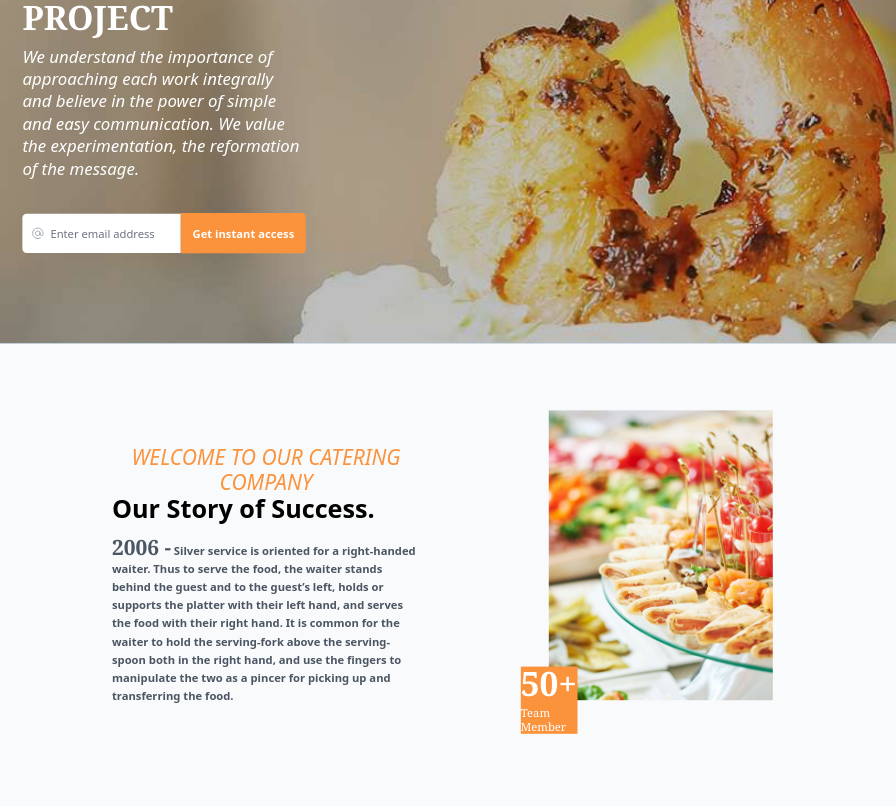
Repository: remydev47/Catering
Page: /
The author's editor kept a copy of each file at every save. The page is drawn from the files as they stood at one save, then again after the next save.
The browser window is 1280 px wide. The pictures show the part of the page from y = 2046 to 3966 px (the page is 3198 px tall before and 3966 px after), at 70% of full size.
Pictures or frames that could not be fetched are drawn as grey boxes. The project was rebuilt for these pictures with package versions that can differ from the ones it lists, and the page was loaded fresh each time. The framework's server and built-in components were replaced by stand-ins that run in the browser. Also part of the build but not shown: next.config.js.

Above is the page before, as saved 2022-12-09 13:57:01.

### pages/_app.tsx
import '../styles/globals.css'
import type { AppProps } from 'next/app'
import Navbar from '../components/Navbar'

export default function App({ Component, pageProps }: AppProps) {
  return (
   <>
     <Navbar />
     <Component {...pageProps} />
   </>
  )
}

### pages/index.tsx
import Head from 'next/head'
import CTA from '../components/CTA'
import Hero from '../components/Hero'
import Menu from '../components/Menu'
import Aboutus from '../components/Aboutus'

export default function Home() {
  return (
    <div className=''>
      <Head>
        <title>Nellys</title>
        <meta name="description" content="Generated by create next app" />
        <link rel="icon" href="/favicon.ico" />
      </Head>
       <Hero />
       <Menu />
       <CTA />
       <Aboutus />
    </div>
  )
}

### components/Navbar.tsx
import React from 'react'
import { navLinks } from '../constants'
import Menupopover from './Menupopover';
import Logo from './Logo';
import { Button } from './Button';

const Navbar = () => {
  return (
    <header className="fixed inset-x-0 bg-[#fff] z-20 flex justify-between items-center py-2 px-2 shadow-lg dark:bg-slate-900 sm:py-3 sm:px-8">
            <div className='flex grow-0 basis-1/3 md:hidden'>
                <Menupopover />
            </div>

             <div className='flex grow-0 ml-2 justify-center md:justify-start'>
                <Logo />

            </div>


            <ul className="list-none sm:flex hidden justify-end items-center flex-1">
            {navLinks.map((nav, index) => (
                <li
                key={nav.id}
                className={`font-bold cursor-pointer text-[16px] hover:text-orange-400
                   ${index === navLinks.length - 1 ? 'mr-0' : 'mr-10'}
                  text-gray-500 font-serif `}
                >
                    <a>{nav.title}</a>
                </li>
            ))}
           </ul>



        </header>
  )
}

export default Navbar

### components/CTA.tsx
import React from 'react'

const CTA = () => {
  return (
    <section className="mt-4 relative py-10 overflow-hidden bg-blue-400 sm:py-16 lg:py-24 xl:py-32">
      <div className="absolute inset-0">
        <img className="object-cover w-full h-full md:object-left md:scale-150 md:origin-top-left" src="/images/cta.jpg" alt="" />
     </div>
    <div className="relative px-4 mx-auto sm:px-6 lg:px-8 max-w-7xl">
       <div className="text-center md:w-2/3 lg:w-1/2 xl:w-1/3 md:text-left">
           <h2 className="text-3xl font-bold leading-tight text-white font-serif sm:text-4xl lg:text-5xl">BOOK A FREE TASTING SESSION <br/> or DISCUSS A PROJECT</h2>
           <p className="mt-4 text-2xl italic text-white">
             We understand the importance of approaching each work integrally and believe in the power of simple and easy communication. We value the experimentation, the reformation of the message.
           </p>

           <form action="#" method="POST" className="mt-8 lg:mt-12">
               <div className="flex flex-col items-center sm:flex-row sm:justify-center">
                   <div className="flex-1 w-full min-w-0 px-4 sm:px-0">
                       <div className="relative text-gray-400 focus-within:text-gray-600">
                           <label htmlFor="email" className="sr-only"></label>
                           <label htmlFor="email" className="sr-only"></label>
                           <div className="absolute inset-y-0 left-0 flex items-center pl-3 pointer-events-none">
                               <svg className="w-5 h-5" xmlns="http://www.w3.org/2000/svg" fill="none" viewBox="0 0 24 24" stroke="currentColor">
                                   <path stroke-linecap="round" stroke-linejoin="round" stroke-width="1.5" d="M16 12a4 4 0 10-8 0 4 4 0 008 0zm0 0v1.5a2.5 2.5 0 005 0V12a9 9 0 10-9 9m4.5-1.206a8.959 8.959 0 01-4.5 1.207" />
                               </svg>
                           </div>
                           <input
                               type="email"
                               name="email"
                               id="email"
                               placeholder="Enter email address"
                               className="block w-full py-4 pl-10 pr-4 text-base text-black placeholder-gray-500 transition-all duration-200 border-gray-200 rounded-md sm:rounded-r-none caret-orange-400 focus:border-orange-400 focus:ring-1 focus:ring-blue-600"
                               required
                           />

                       </div>
                   </div>

                   <button type="submit" className="inline-flex items-center justify-center flex-shrink-0 w-auto px-4 py-4 mt-4 font-semibold text-white transition-all duration-200 bg-orange-400 border border-transparent rounded-md sm:mt-0 sm:rounded-l-none sm:w-auto hover:bg-blue-700 focus:bg-blue-700">
                       Get instant access
                   </button>
               </div>
           </form>
       </div>
    </div>
    </section>
  )
}

export default CTA

### components/Hero.tsx
import React from 'react'

const Hero = () => {
  return (
    <section className='relative pt-48 pb-12 xl:pt-60 sm:pb-16 lg:pb-32 xl:pb-48 2xl:pb-56'>
    <div className="absolute inset-0">
     <img className="object-cover w-full h-full" src="/images/hero.jpg" alt="" />
    </div>
   <div className='relative'>
    <div className="px-6 mx-auto sm:px-8 lg:px-12 max-w-7xl">
      <div className="w-full lg:w-2/3 xl:w-1/2">
        <h1 className="font-serif text-xl font-bold tracking-tight text-white text-opacity-70 text-center">Proffesional Catering Services</h1>
        <p className="mt-6 tracking-tighter text-[#000]">
          <span className="font-sans font-bold text-5xl">The Perfect Blend</span><br />
          <span className="font-serif italic font-BOLD text-6xl">of Sensational Food</span>
        </p>
        <p className="mt-8 font-serif text-xl font-normal text-[#000]">
         Our professional and experienced Catering staff does the job right the first time are Carefully selected Give them a deep.
        </p>
      </div>
    </div>
   </div>
  </section>
  )
}

export default Hero

### components/Menu.tsx
import React from 'react'

const Menu = () => {

  return (
    <section className='py-10 bg-white sm:py-16 lg:py-24'>

      <div  className="px-4 mx-auto max-w-7xl sm:px-6 lg:px-8">
        <div className="max-w-2xl mx-auto text-center">
          <h1 className="text-4xl font-serif font-semibold leading-tight text-gray-400">
            WELCOME TO THE <br/> BEST CATERING SERVICES
          </h1>
        </div>
        <div className="relative mt-12 lg:mt-20">

          <div className="relative grid grid-cols-1 text-center gap-y-12 md:grid-cols-3 gap-x-12">
            <div>
              <div className="flex items-center justify-center w-60 h-60 mx-auto rounded-full border-2 border-gray-200 ">
                <span className="text-xl font-semibold text-gray-700">
                    <img src='/images/menu1.jpg' className='h-full w-full rounded-full' />
                </span>
             </div>
             <h3 className="mt-6 text-2xl italic leading-tight text-gray-500 md:mt-10">Canapes</h3>
            </div>


            <div>
              <div className="flex items-center justify-center w-60 h-60 mx-auto rounded-full border-2 border-gray-200">
                <span className="text-xl font-semibold text-gray-700">
                    <img src='/images/menu2.jpg' className='h-full w-full rounded-full' />
                </span>
             </div>
             <h3 className="mt-6 text-2xl italic leading-tight text-gray-500 md:mt-10">CockTails</h3>
            </div>

            <div>
              <div className="flex items-center justify-center w-60 h-60 mx-auto rounded-full border-2 border-gray-200 ">
                <span className="text-xl font-semibold text-gray-700">
                    <img src='/images/menu3.jpg' className='h-full w-full rounded-full' />
                </span>
             </div>
             <h3 className="mt-6 text-2xl italic leading-tight text-gray-500 md:mt-10">Sweets & CapCakes</h3>
            </div>

            <div>
              <div className="flex items-center justify-center w-60 h-60 mx-auto rounded-full border-2 border-gray-200 ">
                <span className="text-xl font-semibold text-gray-700">
                    <img src='/images/menu4.jpg' className='h-full w-full rounded-full' />
                </span>
             </div>
             <h3 className="mt-6 text-2xl italic leading-tight text-gray-500 md:mt-10">Drinks</h3>
            </div>
          </div>

        </div>

      </div>

    </section>
  )
}

export default Menu

### components/Aboutus.tsx
import React from 'react'

const Aboutus = () => {
  return (
    <section className="py-6 bg-gray-50 sm:py-16 lg:py-24">
    <div className="max-w-5xl px-4 mx-auto sm:px-6 lg:px-8">
        <div className="grid items-center grid-cols-1 gap-y-6 md:grid-cols-2 md:gap-x-20">
            <div className="">
                <h1 className='text-3xl italic text-orange-400 text-center'>WELCOME TO OUR CATERING COMPANY</h1>
                <h2 className="text-4xl font-bold leading-tight text-black sm:text-4xl lg:text-4xl">Our Story of Success.</h2>
                <p className="mt-4 text-base leading-relaxed text-gray-600 font-semibold">
                <span className='text-3xl font-serif'>2006 -</span> Silver service is oriented for a right-handed waiter. Thus to serve the food, the waiter stands behind the guest and to the guest’s left, holds or supports the platter with their left hand, and serves the food with their right hand. It is common for the waiter to hold the serving-fork above the serving-spoon both in the right hand, and use the fingers to manipulate the two as a pincer for picking up and transferring the food.
                </p>
            </div>

            <div className=" pl-20 pr-6 sm:pl-6 md:px-0">
                <div className="relative w-full max-w-xs mt-4 mb-10 ml-auto">
                 <img className="relative -top-4 -left-4" src="/images/service-3.jpg" alt="" />



                    <div className="absolute -bottom-10 -left-16 m-2 bg-orange-400">
                        <span className="block text-4xl font-bold text-white font-serif lg:text-5xl"> 50+ </span>
                        <span className="block mt-2 text-base leading-tight text-white font-serif"> Team<br />Member</span>
                    </div>
                </div>
            </div>
        </div>
    </div>
</section>
  )
}

export default Aboutus

### constants/index.ts
export const navLinks =[
    {
        id:"aboutus",
        title:"About Us",
    },
    {
        id:"store",
        title:"Store",
    },
    {
        id:"gallery",
        title:"Gallery",
    },
    {
        id:"appointments",
        title:"Appointment",
    },
    {
        id:"blog",
        title:"Blog",
    },
    {
        id:"contacts",
        title:"Contacts",
    }
]

### components/Menupopover.tsx
import React, { useState, Fragment } from 'react'
import { Transition, Dialog } from '@headlessui/react'
import { navLinks } from '../constants'
import Logo from './Logo'
import { IconButton } from './Button'

const Menupopover = () => {
  const [isOpen, setIsOpen] = useState(false)

  return (
    <div>
    <IconButton
      variant='ghost'
      aria-label='menu'
      onClick={() => setIsOpen(!isOpen)}
    >
      <svg className='h-6 w-6 ' fill='none' stroke='currentColor'>
        <path
          strokeLinecap='round'
          strokeLinejoin='round'
          strokeWidth={2}
          d='M4 6h16M4 12h16M4 18h16'
        />
      </svg>
    </IconButton>
    <Transition
      show={isOpen}
      appear
      as={Fragment}
      enter='transform transition ease-in-out duration-300'
      enterFrom='-translate-x-full'
      enterTo='translate-x-0'
      leave='transform transition ease-in-out duration-300 delay-200'
      leaveFrom='translate-x-0'
      leaveTo='-translate-x-full'
     >
     <Dialog
       as='div'
       className={`fixed inset-0 z-50`}
       onClose={setIsOpen}
       open={isOpen}
       >
       <Transition.Child
         as={Fragment}
         enter='ease-out duration-300 delay-300'
         enterFrom='opacity-0'
         enterTo='opacity-100'
         leave='ease-in duration-200'
         leaveFrom='opacity-100'
         leaveTo='opacity-0'
       >

        <Dialog.Overlay
          className={`fixed inset-0 bg-black/20 backdrop-blur-sm dark:bg-gray-900/80`}
         />
      </Transition.Child>
       <div className={styles.dialogcontainer}>
        <a className='mx-auto mt-4 flex w-[140px] '>
          <Logo />
        </a>
        <ul
            className={styles.navWrapper2}
         >
            {navLinks.map((nav, index) => (
                <li
                 key={nav.id}
                 className={` font-bold cursor-pointer text-[16px]
                  mt-2 border-t border-slate-200 py-4 dark:border-slate-600
                  ${index === navLinks.length - 1 ? 'mr-0' : 'mb-4'}
                  text-black font-serif `}
                >
                 <a href={`#${nav.id}`}>
                    {nav.title}
                 </a>
                </li>
             ))}
         </ul>

        <IconButton
          variant='ghost'
          aria-label='close menu'
          className='absolute top-5 right-5'
          onClick={() => setIsOpen(false)}
        >
          <svg
            viewBox='0 0 10 10'
            className='h-2.5 w-2.5 overflow-visible'
            aria-hidden='true'
          >
            <path
                d='M0 0L10 10M10 0L0 10'
                fill='none'
                stroke='currentColor'
                strokeWidth='2'
                strokeLinecap='round'
              />
          </svg>
        </IconButton>
       </div>
     </Dialog>
    </Transition>
  </div>
  )
}

export default Menupopover;

const styles ={
  dialogcontainer:`fixed top-0 bottom-0 left-0 w-full max-w-xs rounded-r-xl bg-[#fff] p-6 shadow-lg dark:bg-gray-800`,
  menuitems:`group relative flex h-9 items-center oveflow-hidden rounded-md hover:bg-slate-200/50`,
  navWrapper2:`list-none flex flex-col justify-end items-center flex-1`,
}

### components/Logo.tsx
import React from 'react'
import Image from 'next/image'

const Logo = () => {
  return (
    <div>
        <Image
          src='/images/logo.png'
          alt='royal-events'
          height={80}
          width={150}
        />
    </div>
  )
}

export default Logo

### components/Button.tsx
import React, { forwardRef } from "react";
//import { __DEV__ } from "../../utils/assertions";

type BaseButtonProps = Omit<React.HTMLProps<HTMLButtonElement>, "size">;

/* === Button Element === */

export interface ButtonProps extends BaseButtonProps {
  children: React.ReactNode;
  fullWidth?: boolean;
  className?: string;
  variant?: "solid" | "outline" | "ghost";
  size?: "sm" | "md" | "lg";
  as?: string;
  isExternal?: boolean;
  type?: "button" | "submit" | "reset";
}

export const Button = forwardRef<HTMLButtonElement, ButtonProps>(
  (
    {
      children,
      variant = "solid",
      size = "md",
      fullWidth = false,
      className,
      as = "button",
      isExternal = false,
      ...rest
    },
    ref
  ) => {
    let tempClassNames: string[] = [];

    const sharedClasses = [
      "capitalize",
      "focus:outline-none",
      "focus:ring-2",
      "focus:ring-indigo-400",
      "focus:ring-offset-2",
      "focus:ring-offset-indigo-50",
      "font-semibold",
      "rounded-full",
      "inline-flex",
      "flex-shrink-0",
      "items-center",
      "justify-center",
      "transition-colors",
      "ease-in-out",
      "duration-500",
    ];

    if (fullWidth) sharedClasses.push("w-full");

    // handle variants
    let btnSolid = ["bg-indigo-600", "hover:bg-indigo-700", "text-white"];
    let btnOutline = [
      "dark:text-white",
      "hover:text-indigo-700",
      "hover:dark:text-indigo-700",
      "bg-transparent",
      "hover:bg-indigo-50",
      "border",
      "border-indigo-600",
    ];
    let btnGhost = [
      "bg-transparent",
      "dark:text-white",
      "hover:bg-indigo-50",
      "hover:text-indigo-700",
      "hover:dark:text-indigo-700",
    ];

    if (variant === "solid") {
      tempClassNames = [...sharedClasses, ...btnSolid];
    } else if (variant === "outline") {
      tempClassNames = [...sharedClasses, ...btnOutline];
    } else if (variant === "ghost") {
      tempClassNames = [...sharedClasses, ...btnGhost];
    }

    // handle sizes
    let sizeSm = ["h-8", "px-2", "text-sm"];
    let sizeMd = ["h-10", "px-3"];
    let sizeLg = ["h-12", "px-4", "text-lg"];

    if (size === "sm") {
      tempClassNames = [...tempClassNames, ...sizeSm];
    } else if (size === "md") {
      tempClassNames = [...tempClassNames, ...sizeMd];
    } else if (size === "lg") {
      tempClassNames = [...tempClassNames, ...sizeLg];
    }

    let classes = tempClassNames.join(" ");

    let Element = as ? (
      React.createElement(
        as,
        {
          className: `${classes} ${className}`,
          target: isExternal ? "_blank" : undefined,
          rel: isExternal ? "noopener noreferrer" : undefined,
          ref,
          ...rest,
        },
        children
      )
    ) : (
      <button {...rest} className={`${classes} ${className}`} ref={ref}>
        {children}
      </button>
    );

    return Element;
  }
);

// if (__DEV__) {
//   Button.displayName = "Button";
// }

/* === IconButton Element === */

export interface IconButtonProps extends ButtonProps {
  icon?: React.ReactElement;
  "aria-label": string;
}

export const IconButton = forwardRef<HTMLButtonElement, IconButtonProps>(
  (
    {
      children,
      icon,
      className,
      "aria-label": ariaLabel,
      size = "md",
      ...rest
    },
    ref
  ) => {
    let sharedClasses = ["rounded-full", "!px-0"];

    // handle sizes
    let sizeSm = ["w-8"];
    let sizeMd = ["w-10"];
    let sizeLg = ["w-12"];

    if (size === "sm") {
      sharedClasses = [...sharedClasses, ...sizeSm];
    } else if (size === "md") {
      sharedClasses = [...sharedClasses, ...sizeMd];
    } else if (size === "lg") {
      sharedClasses = [...sharedClasses, ...sizeLg];
    }

    /**
     * Passing the icon as prop or children should work
     */
    const element = icon || children;
    const _children = React.isValidElement(element)
      ? React.cloneElement(element as any, {
          "aria-hidden": true,
          focusable: false,
        })
      : null;

    let classes = sharedClasses.join(" ");
    return (
      <Button
        className={`${classes} ${className}`}
        aria-label={ariaLabel}
        size={size}
        {...rest}
        ref={ref}
      >
        {_children}
      </Button>
    );
  }
)

### components/Services.tsx
import React from 'react'

const Services = () => {
  return (
    <section className="pt-12 bg-gradient-to-b from-gray-50 via-white to-gray-50">
    <div className="px-4 mx-auto sm:px-6 lg:px-8 max-w-7xl">
        <div className="grid max-w-md grid-cols-1 mx-auto lg:grid-cols-12 gap-x-6 gap-y-8 lg:max-w-none">
            <div className="self-center lg:col-span-4">
                <h1 className="text-base font-bold text-gray-900 sm:text-4xl xl:text-5xl">Our Services</h1>
                <p className="mt-5 text-4xl font-serif leading-7  text-gray-500 ">PLANNING A <br/> FABULOUS EVENT ?</p>
                <div className="relative inline-flex mt-9 group">
                    <div className="absolute transitiona-all duration-1000 opacity-70 inset-0 bg-gradient-to-r from-[#44BCFF] via-[#FF44EC] to-[#FF675E] rounded-xl blur-lg filter group-hover:opacity-100 group-hover:duration-200"></div>

                    <a
                        href="#"
                        title=""
                        className="relative inline-flex items-center justify-center px-8 py-3 sm:text-sm sm:py-3.5 text-base font-semibold text-white transition-all duration-200 bg-green-600 border border-transparent rounded-lg hover:bg-indigo-700 focus:outline-none focus:ring-2 focus:ring-offset-2 focus:ring-indigo-600"
                        role="button"
                    >
                       LEARN MORE
                    </a>
                </div>
            </div>

            <div className="self-end lg:order-last lg:pb-20 lg:col-span-3">
                <p className="text-xs font-bold tracking-widest text-gray-500 uppercase">⚡️ Reasons to Pickus</p>

                <div className="mt-6 space-y-6 lg:space-y-8">
                    <div className="relative overflow-hidden">
                        <div className="flex items-start lg:items-center">
                             <h2 className='font-serif text-2xl text-gray-400'>1</h2>
                            <p className="ml-5 text-base font-bold font-serif leading-6 text-gray-900">
                                <a href="#" title="">
                                 WEDDING
                                </a>
                                <br/>
                                <span className="text-gray-400 font-normal" >
                                       We keep your home sparkling clean and germ free. Our disinfecting process kills 99% of common bacteria and viruses.
                                 </span>
                            </p>
                        </div>
                    </div>

                    <div className="relative overflow-hidden">
                        <div className="flex items-start lg:items-center">
                            <img className="object-cover w-12 h-12 rounded-lg shrink-0" src="/images/logo3.png" alt="" />
                            <p className="ml-5 text-base font-bold leading-6 text-gray-900">
                                <a href="#" title="">
                                  Affordable Price
                                </a>
                                <br/>
                                <span className="text-gray-400 font-normal">
                                 Our cleaners are insured and bonded so no need to worry about your apartment, office or garden.
                                </span>
                            </p>
                        </div>
                    </div>

                    <div className="relative overflow-hidden">
                        <div className="flex items-start lg:items-center">
                            <img className="object-cover w-12 h-12 rounded-lg shrink-0" src="/images/logo4.png" alt="" />
                            <p className="ml-5 text-base font-bold leading-6 text-gray-900">
                                <a href="#" title="">
                                  Always Open
                                </a>
                                <br/>
                                <span className="text-gray-400 font-normal">
                                 We use safe hospital-grade disinfectants, HEPA filtrations and microfiber cleaning cloths to reduce cross contamination.
                                </span>
                            </p>
                        </div>
                    </div>

                    <div className="relative overflow-hidden">
                        <div className="flex items-start lg:items-center">
                            <img className="object-cover w-12 h-12 rounded-lg shrink-0" src="/images/logo5.png" alt="" />
                            <p className="ml-5 text-base font-bold leading-6 text-gray-900">
                                <a href="#" title="">
                                Pick up & Delivery Free
                                </a>
                                <br/>
                                <span className="text-gray-400 font-normal">
                                 Our reliable and stable crews understand your specific house and office clearning service needs.
                                </span>
                            </p>
                        </div>
                    </div>
                </div>
            </div>

            <div className="self-end lg:col-span-5">
                <img className="w-full mx-auto rounded-full border-gray-300" src="/images/services.png" alt="" />
            </div>
        </div>
    </div>
</section>
  )
}

export default Services

Loaded but not shown: styles/globals.css (common file); tailwind.config.js (common file)

After the next save:
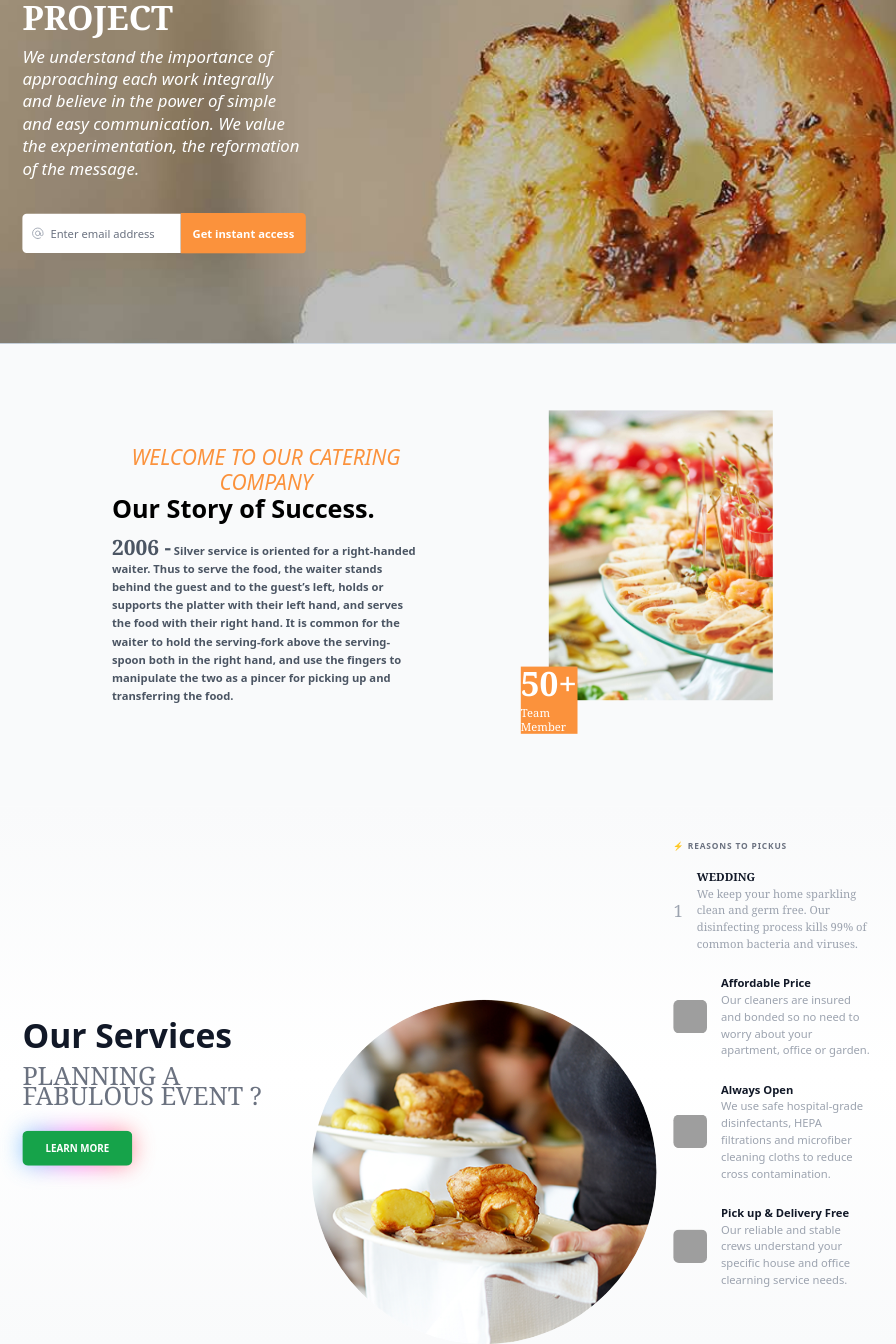
Saved 18 s later.
--- a/pages/index.tsx
+++ b/pages/index.tsx
@@ -3,6 +3,7 @@ import CTA from '../components/CTA'
 import Hero from '../components/Hero'
 import Menu from '../components/Menu'
 import Aboutus from '../components/Aboutus'
+import Services from '../components/Services'
 
 export default function Home() {
   return (
@@ -16,6 +17,7 @@ export default function Home() {
        <Menu />
        <CTA />
        <Aboutus />
+       <Services />
     </div>
   )
 }
